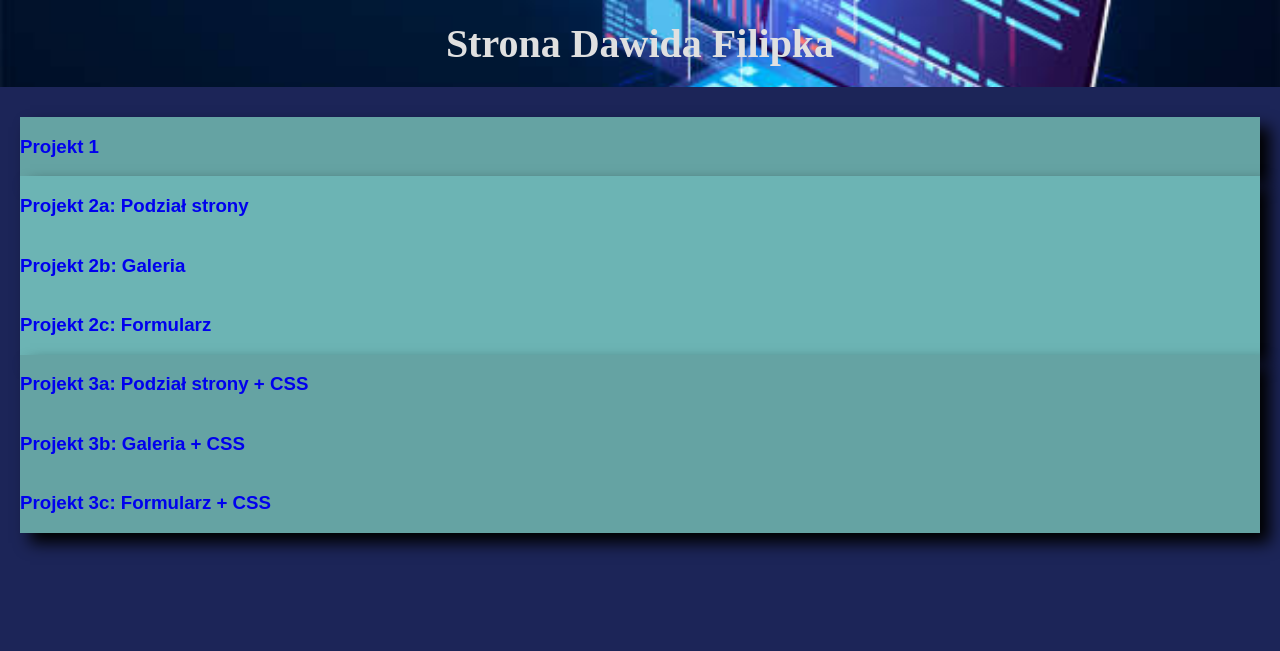
Repository: dawidfilipek1/dawidfilipek1.github.io
Page: index.html
The author's editor kept a copy of each file at every save. The page is drawn from the files as they stood at one save, then again after the next save.
The browser window is 1280 px wide. The pictures show the whole page.

Above is the page before, as saved 2025-10-31 21:55:58.

After the next save:
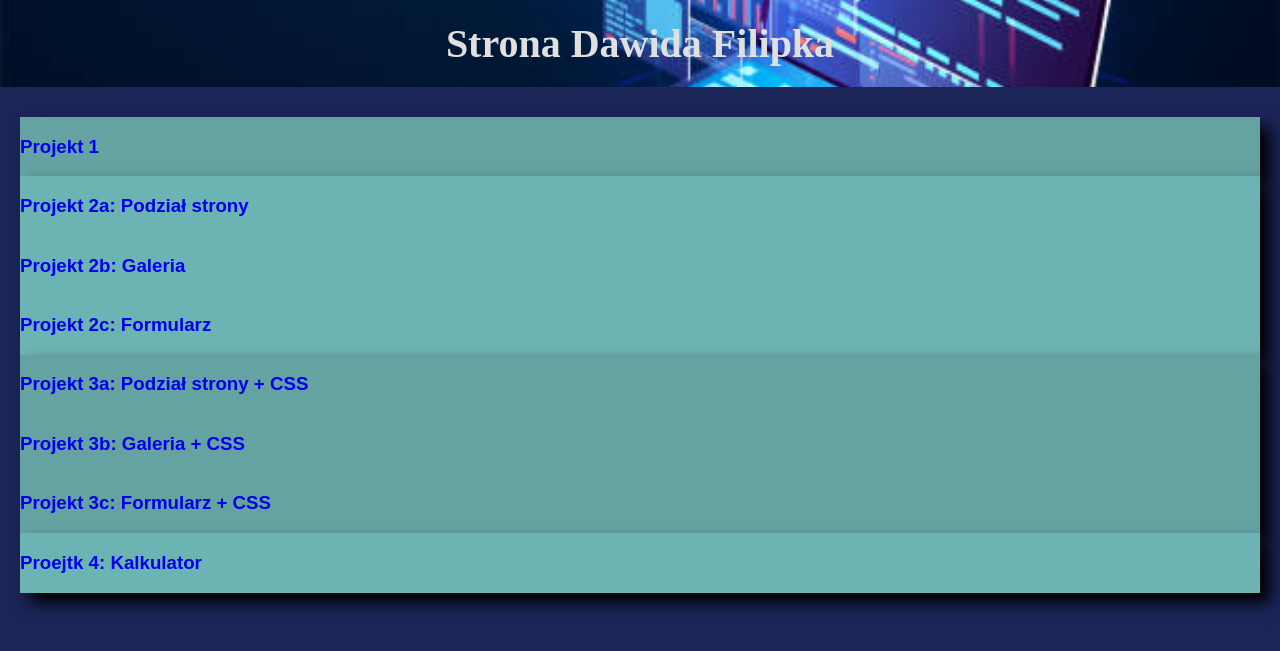
Saved 2 min 7 s later.
--- a/index.html
+++ b/index.html
@@ -33,18 +33,26 @@
 
             <div id="projektyNieParzyste">
 
-                <a href="projekt2/projekt2a.html">
+                <a href="projekt3/projekt3a.html">
                     <h3 class="naglowki">Projekt 3a: Podział strony + CSS</h3>
                 </a><br>
 
-                <a href="projekt2/projekt2b.html">
+                <a href="projekt3/projekt3b.html">
                     <h3 class="naglowki">Projekt 3b: Galeria + CSS</h3>
                 </a><br>
 
-                <a href="projekt2/projekt2c.html">
+                <a href="projekt3/projekt3c.html">
                     <h3 class="naglowki">Projekt 3c: Formularz + CSS</h3>
                 </a>
             </div>
+
+            <div id="projektyParzyste">
+                <a href="projekt4/projekt4.html">
+                    <h3 class="naglowki">Proejtk 4: Kalkulator</h3>
+                </a>
+            </div>
+
+
 
 
         </main>
